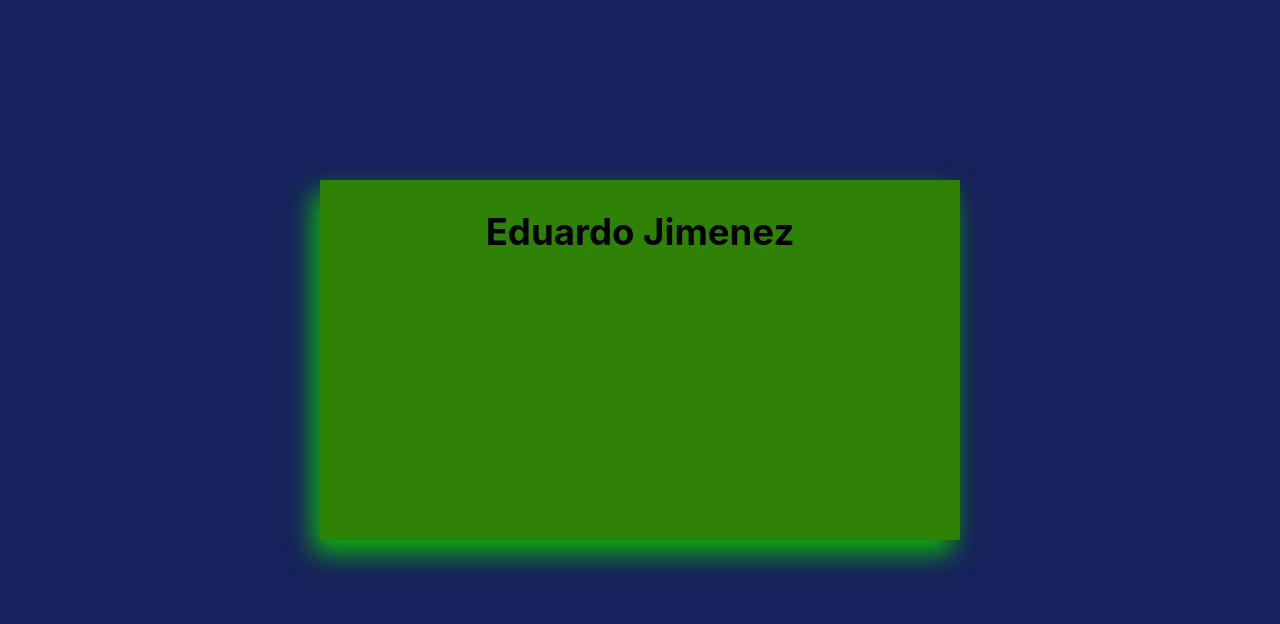
Repository: l8nightswithJS/react-my-portfolio
Page: /
An editor plug-in stored every save of this project. The page is shown before and after the next save, followed by the edit.
The browser window is 1280 px wide. The pictures show the whole page.
The project was rebuilt for these pictures with package versions that can differ from the ones it lists, and the page was loaded fresh each time.

Above is the page before, as saved 2021-04-22 23:59:23.

After the next save:
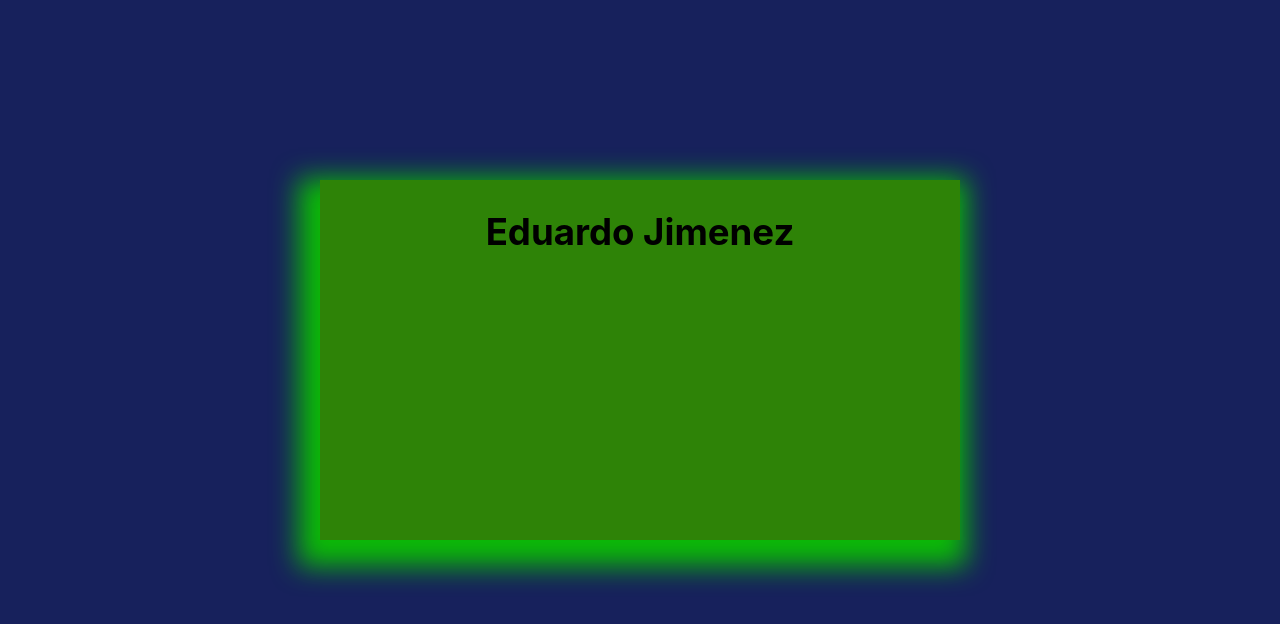
Saved 12 s later.
--- a/src/App.css
+++ b/src/App.css
@@ -17,7 +17,7 @@ section {
   margin: auto;
   font-size: calc(10px + 2vmin);
   color: white;
-  box-shadow: -1vh 1vw 2vw rgb(12, 187, 6);
+  box-shadow: -1vh 1vw 2vw 2vh rgb(12, 187, 6);
 }
 
 h1 {
